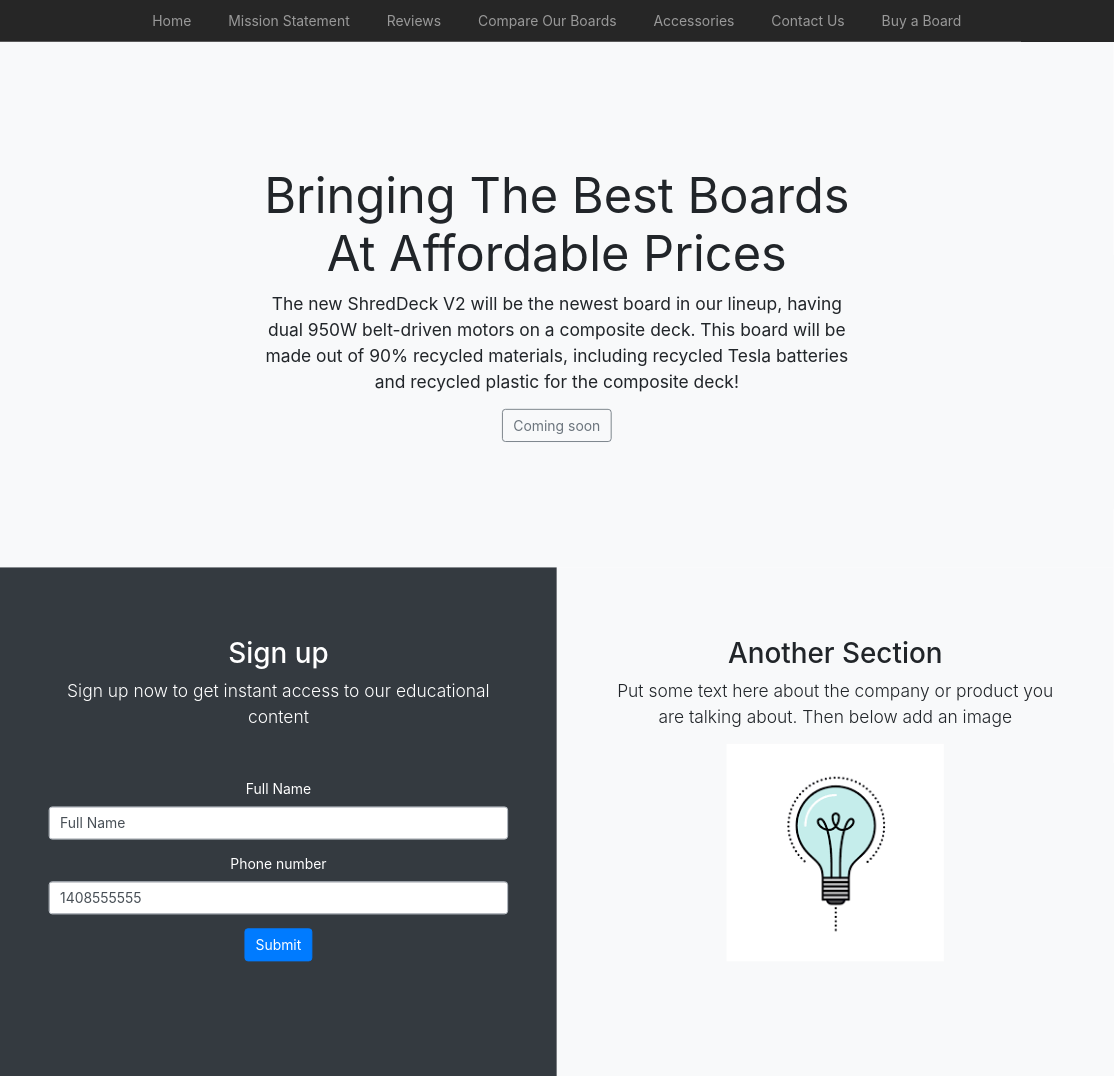
Repository: Heinzkopf/StefanPeekhaus-Website
Page: Lab 2/index.html
The author's editor kept a record of every edit. The page is drawn from the files as they stood at one moment, then again after the next edit.
The browser window is 1280 px wide. The pictures show the whole page, at 87% of full size.

Above is the page before.

After the next edit:
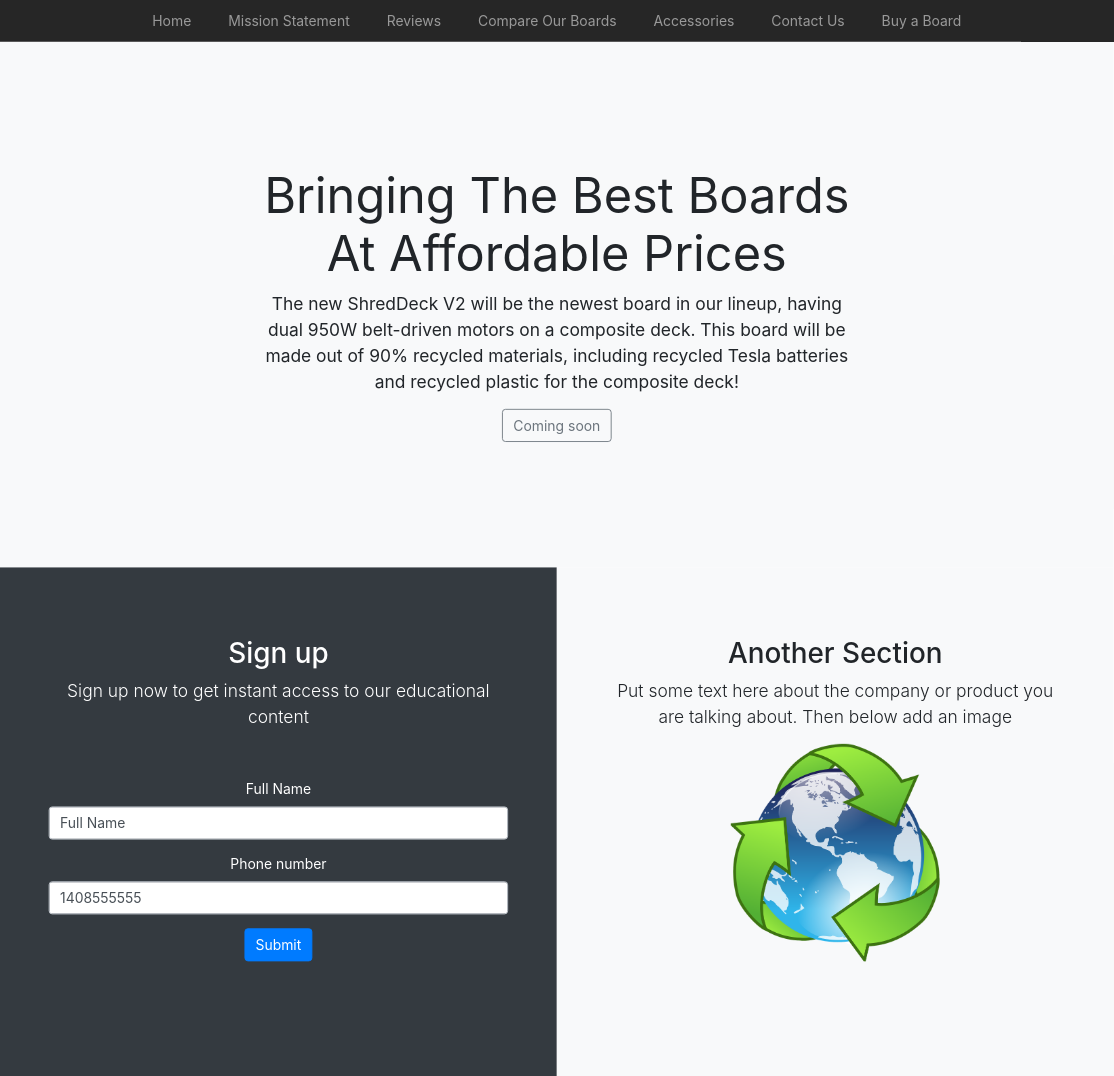
The edit:
--- a/Lab 2/index.html
+++ b/Lab 2/index.html
@@ -79,7 +79,7 @@
           <div class="my-3 p-3">
             <h2 class="display-5">Another Section</h2>
             <p class="lead">Put some text here about the company or product you are talking about. Then below add an image</p>
-            <img class="mx-auto" src="example_image.png" height="250px">
+            <img class="mx-auto" src="Pic.webp" height="250px">
           </div>
           <div class="mx-auto" style="width: 80%; height: 100px; border-radius: 21px 21px 0 0;"></div>
       </div>
